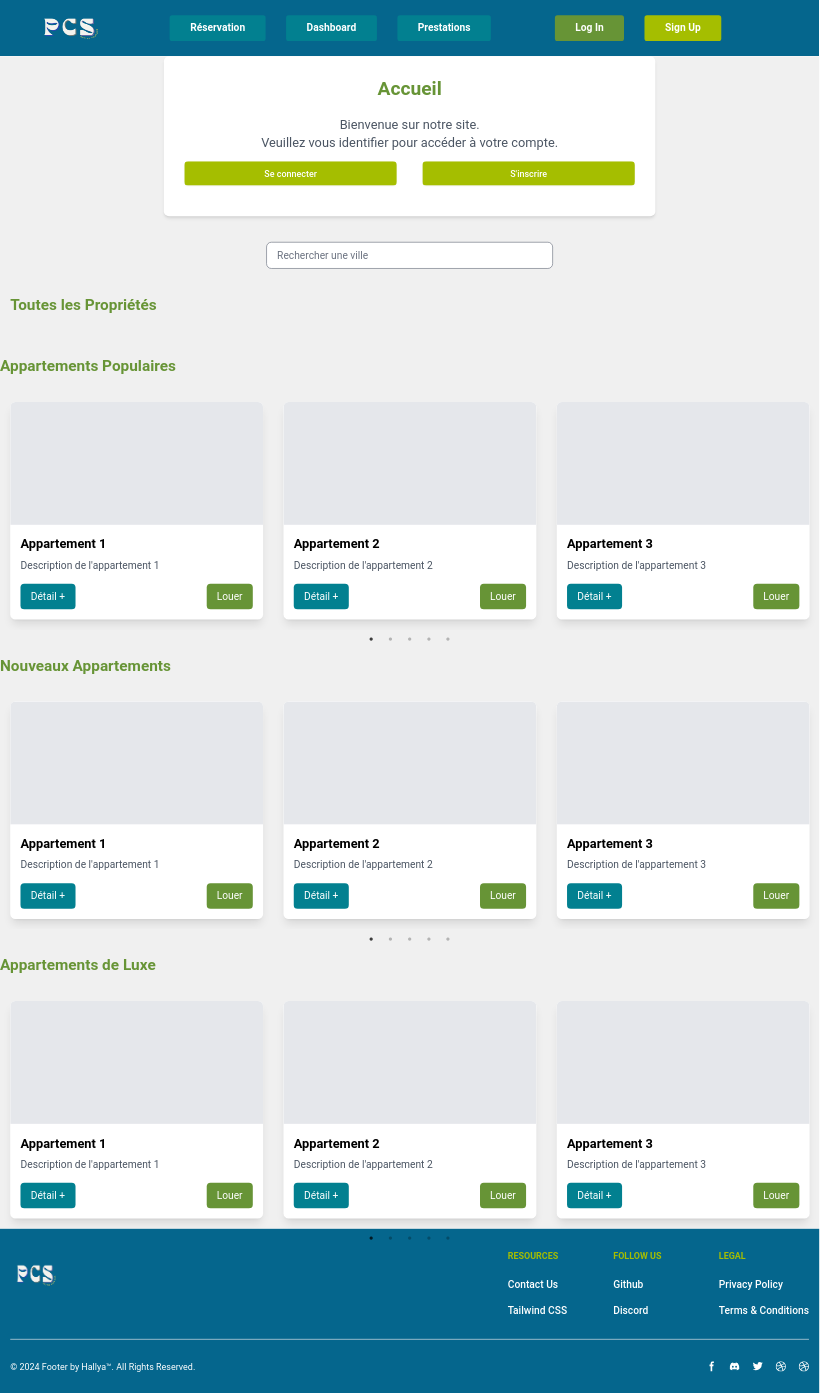
Repository: HATTOUNGBRE/ProjetAnnuel2
Page: /logout (app in FRONT/)
The author's editor kept a copy of each file at every save. The page is drawn from the files as they stood at one save, then again after the next save.
The browser window is 1280 px wide. The page is 1305 px wide, so the pictures cover 1305 px, including what lies to the right of the window. The pictures show the whole page, at 64% of full size.
The page's requests for data from a server got no answer. The project was rebuilt for these pictures with package versions that can differ from the ones it lists, and the page was loaded fresh each time. No one was signed in, and anything a server would have sent is missing. Also part of the build but not shown: FRONT/vite.config.js, FRONT/src/components/PropertyCard.jsx, FRONT/src/components/Contact.jsx, FRONT/src/components/CatUser.jsx, FRONT/src/components/Login.jsx, FRONT/src/components/prestataire/PrestataireType.jsx, FRONT/src/components/prestataire/PrestataireDetails.jsx, FRONT/src/components/Account.jsx and 14 more.

Above is the page before, as saved 2024-06-27 18:02:49.

After the next save:
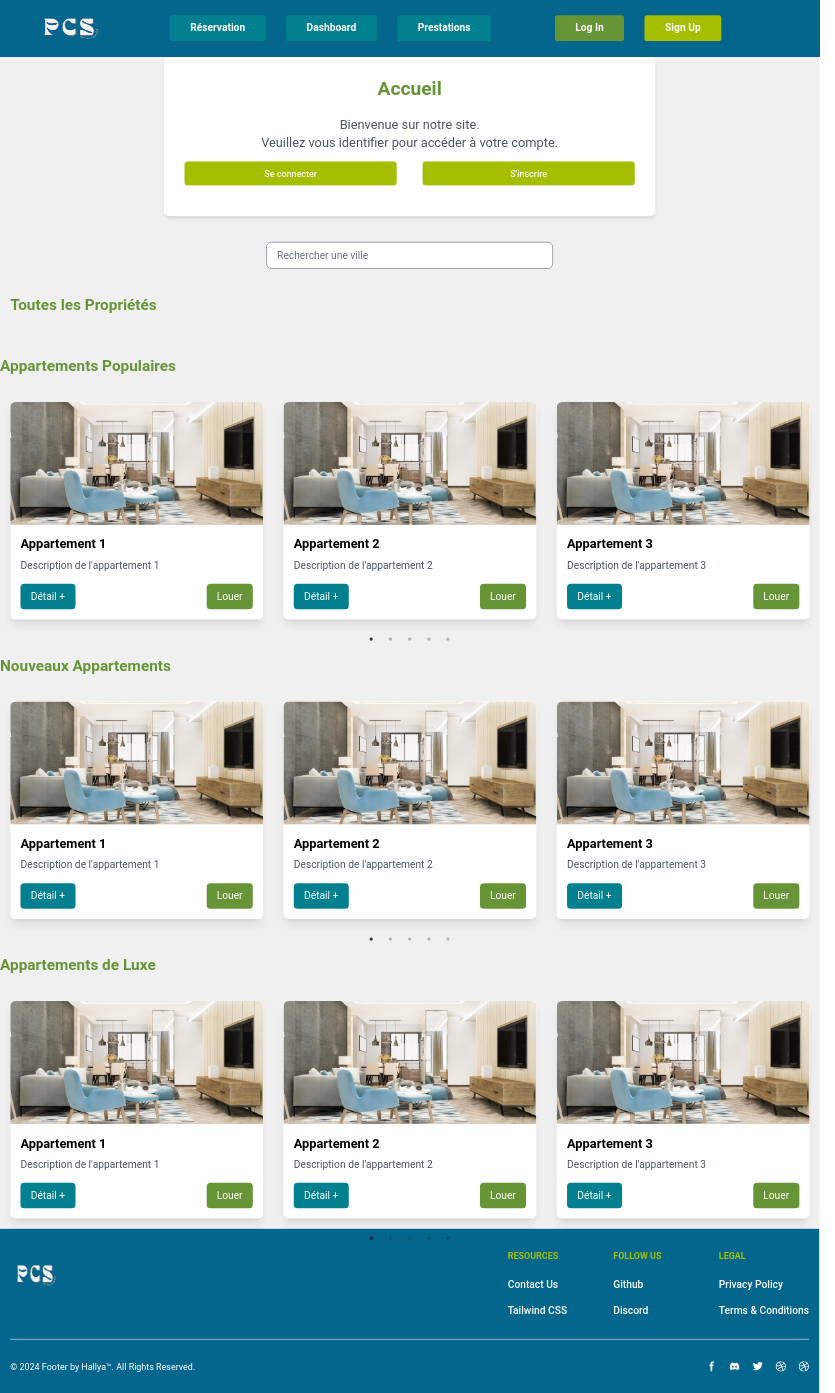
Saved 9 min 17 s later.
--- a/FRONT/src/components/Main.jsx
+++ b/FRONT/src/components/Main.jsx
@@ -57,6 +57,8 @@ function Main() {
     ]
   };
 
+  const defaultImageUrl = '/uploads/property_photos/default_appart.jpg';
+
   return (
     <div className="min-h-screen bg-pcs-100 flex flex-col items-center justify-center">
       <div className="max-w-3xl w-full p-8 bg-white shadow-md rounded-lg text-center">
@@ -109,7 +111,7 @@ function Main() {
           {[1, 2, 3, 4, 5].map(item => (
             <div key={item} className="p-4">
               <div className="bg-white shadow-lg rounded-lg overflow-hidden">
-                <div className="h-48 bg-gray-200"></div>
+                <img src={defaultImageUrl} alt={`Appartement ${item}`} className="h-48 w-full object-cover" />
                 <div className="p-4">
                   <h3 className="text-xl font-semibold mb-2">Appartement {item}</h3>
                   <p className="text-gray-600 mb-4">Description de l'appartement {item}</p>
@@ -130,7 +132,7 @@ function Main() {
           {[1, 2, 3, 4, 5].map(item => (
             <div key={item} className="p-4">
               <div className="bg-white shadow-lg rounded-lg overflow-hidden">
-                <div className="h-48 bg-gray-200"></div>
+                <img src={defaultImageUrl} alt={`Appartement ${item}`} className="h-48 w-full object-cover" />
                 <div className="p-4">
                   <h3 className="text-xl font-semibold mb-2">Appartement {item}</h3>
                   <p className="text-gray-600 mb-4">Description de l'appartement {item}</p>
@@ -151,7 +153,7 @@ function Main() {
           {[1, 2, 3, 4, 5].map(item => (
             <div key={item} className="p-4">
               <div className="bg-white shadow-lg rounded-lg overflow-hidden">
-                <div className="h-48 bg-gray-200"></div>
+                <img src={defaultImageUrl} alt={`Appartement ${item}`} className="h-48 w-full object-cover" />
                 <div className="p-4">
                   <h3 className="text-xl font-semibold mb-2">Appartement {item}</h3>
                   <p className="text-gray-600 mb-4">Description de l'appartement {item}</p>
